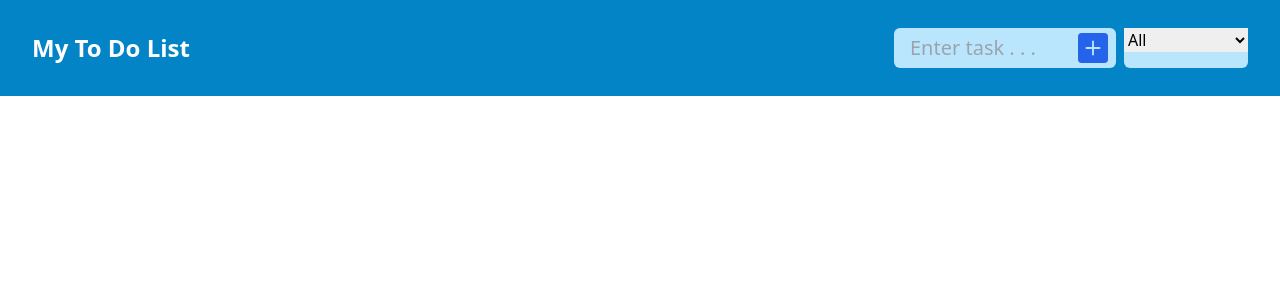
Repository: SaadYasin/react-to-do-list
Page: /
These files come from the project's save history. The page is drawn as it stood at one moment and after the next save; the edit follows.
The browser window is 1280 px wide. The pictures show the whole page.
The project was rebuilt for these pictures with package versions that can differ from the ones it lists, and the page was loaded fresh each time. Also part of the build but not shown: src/App.css.

Above is the page before, as saved 2022-11-09 20:38:20.

After the next save:
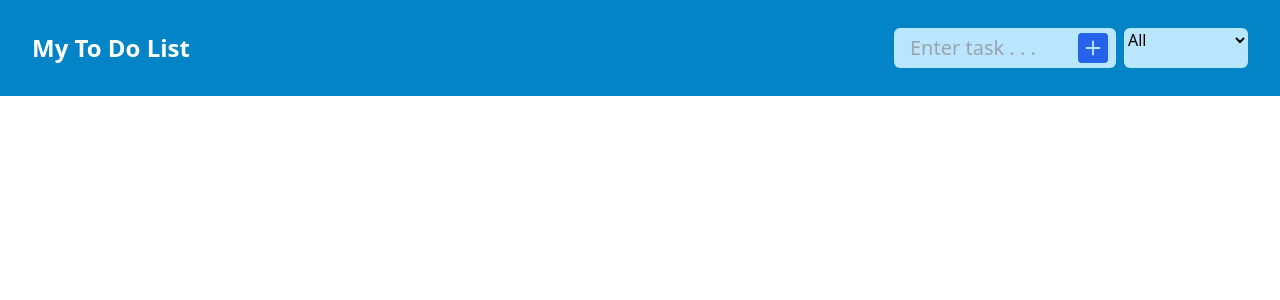
Saved 6 s later.
--- a/src/components/Input.js
+++ b/src/components/Input.js
@@ -16,7 +16,7 @@ const Input = () => {
       </form>
 
       <div className="select ml-2 bg-sky-200 rounded-md">
-        <select name="todos" id="filter-todos" className="bg-tra">
+        <select name="todos" id="filter-todos" className="bg-transparent">
           <option value="all">All</option>
           <option value="completed">Completed</option>
           <option value="uncompleted">UnCompleted</option>
